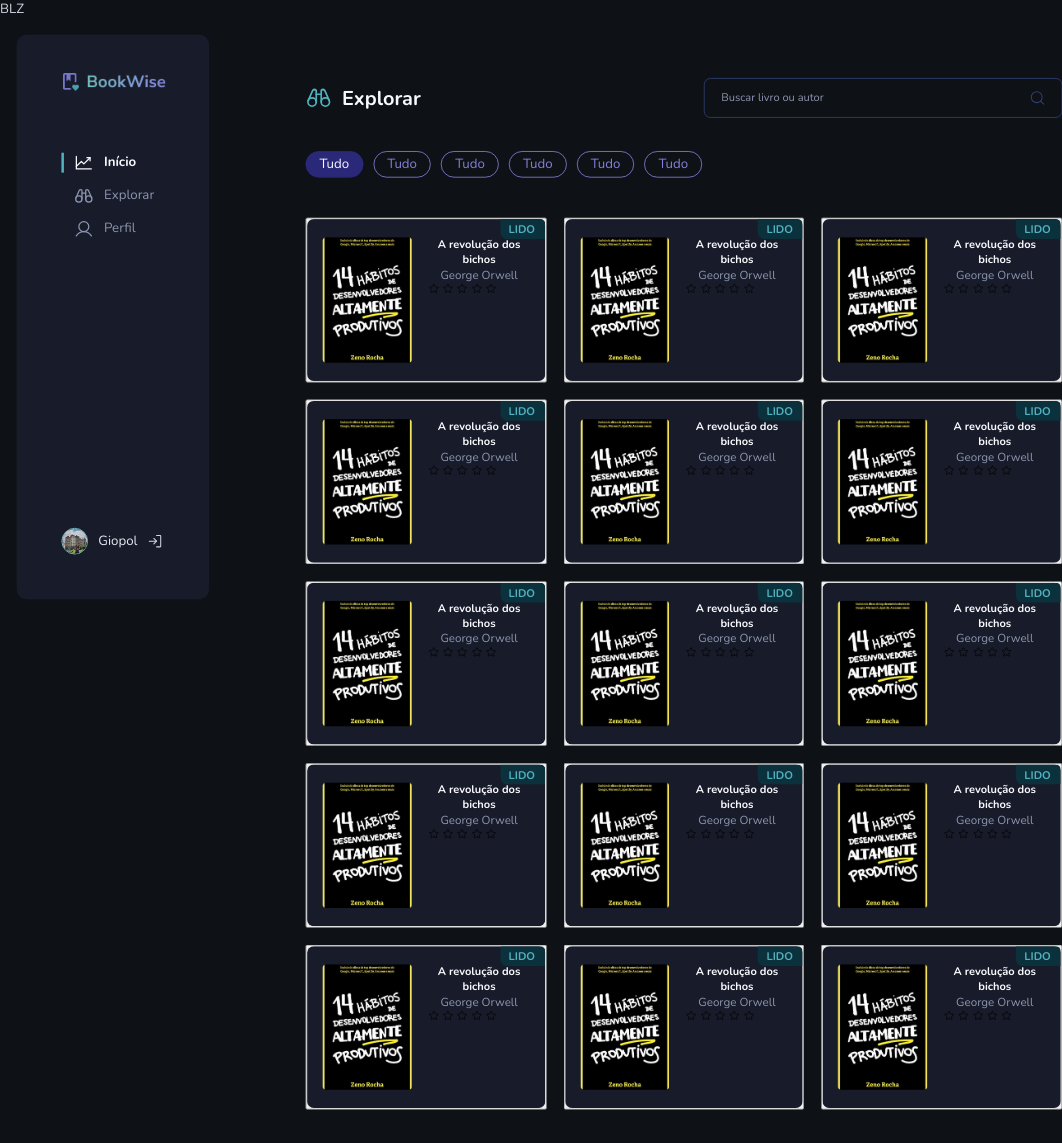
Repository: Giopol12/book-wise
Page: /explore/index.page
The author's editor kept a copy of each file at every save. The page is drawn from the files as they stood at one save, then again after the next save.
The browser window is 1280 px wide. The pictures show the whole page, at 83% of full size.
The project was rebuilt for these pictures with package versions that can differ from the ones it lists, and the page was loaded fresh each time. The framework's server and built-in components were replaced by stand-ins that run in the browser. Also part of the build but not shown: next.config.js.

Above is the page before, as saved 2023-10-27 10:06:58.

After the next save:
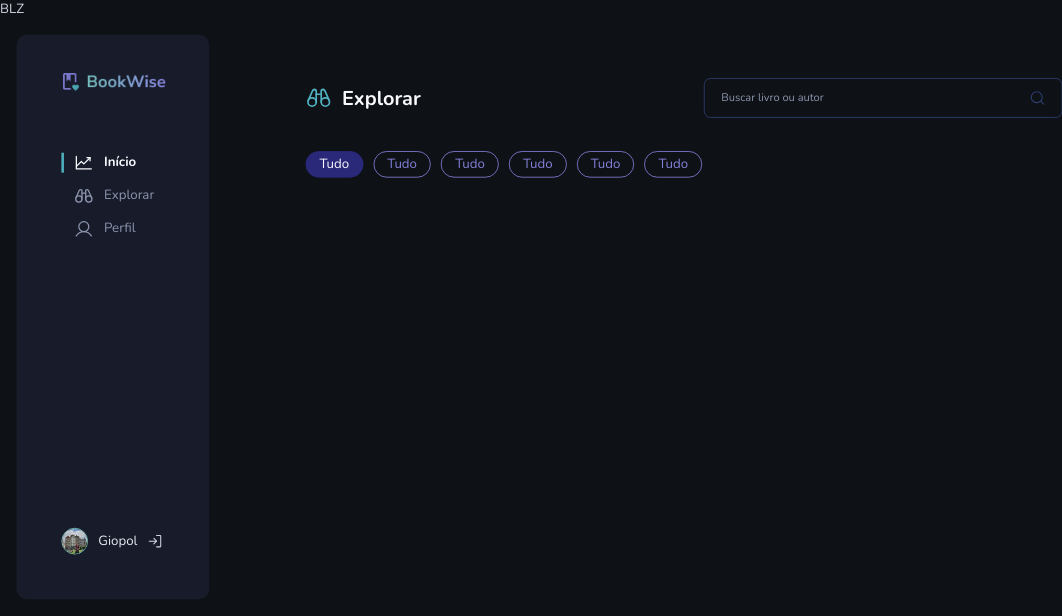
Saved 22 s later.
--- a/src/pages/explore/index.page.tsx
+++ b/src/pages/explore/index.page.tsx
@@ -47,9 +47,9 @@ export default function Explore() {
           {array.map((id) => {
             return (
               <Dialog.Root key={id}>
-                <Dialog.Trigger key={id}>
+                {/* <Dialog.Trigger key={id}>
                   <ExploreBookCard />
-                </Dialog.Trigger>
+                </Dialog.Trigger> */}
                 {/* <NewCommentModal /> */}
               </Dialog.Root>
             )
